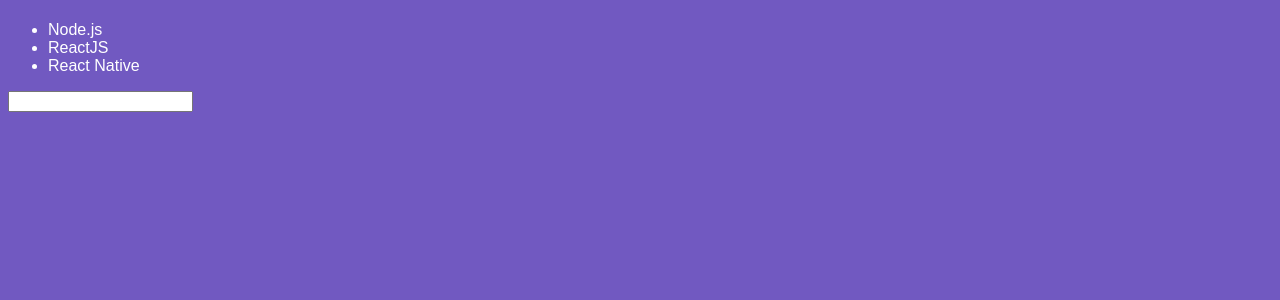
Repository: edsonjuniornarvaes/bootcamp-gostack-9.0-reactjs
Page: /
The author's editor kept a copy of each file at every save. The page is drawn from the files as they stood at one save, then again after the next save.
The browser window is 1280 px wide. The pictures show the whole page.
The project was rebuilt for these pictures with package versions that can differ from the ones it lists, and the page was loaded fresh each time. Also part of the build but not shown: webpack.config.js.

Above is the page before, as saved 2021-02-19 17:30:30.

After the next save:
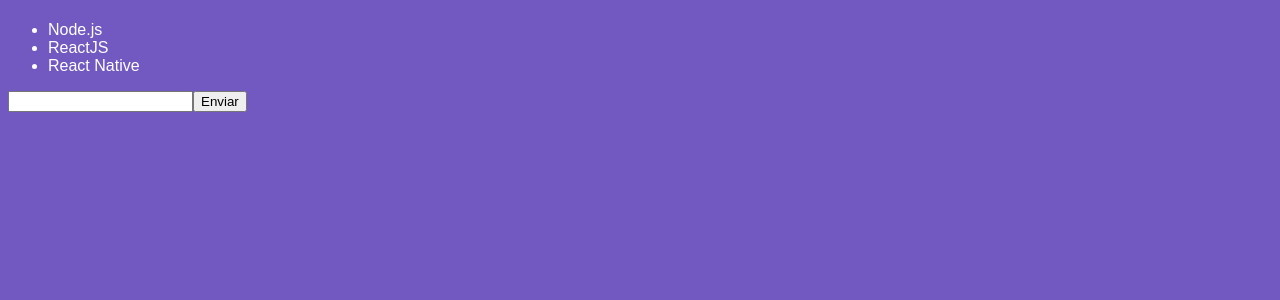
Saved 23 s later.
--- a/src/components/TechList.js
+++ b/src/components/TechList.js
@@ -31,6 +31,7 @@
           onChange={this.handleInputChange}
           value={this.state.newTech}
         />
+        <button type="submit">Enviar</button>
       </form>
     );
   }
